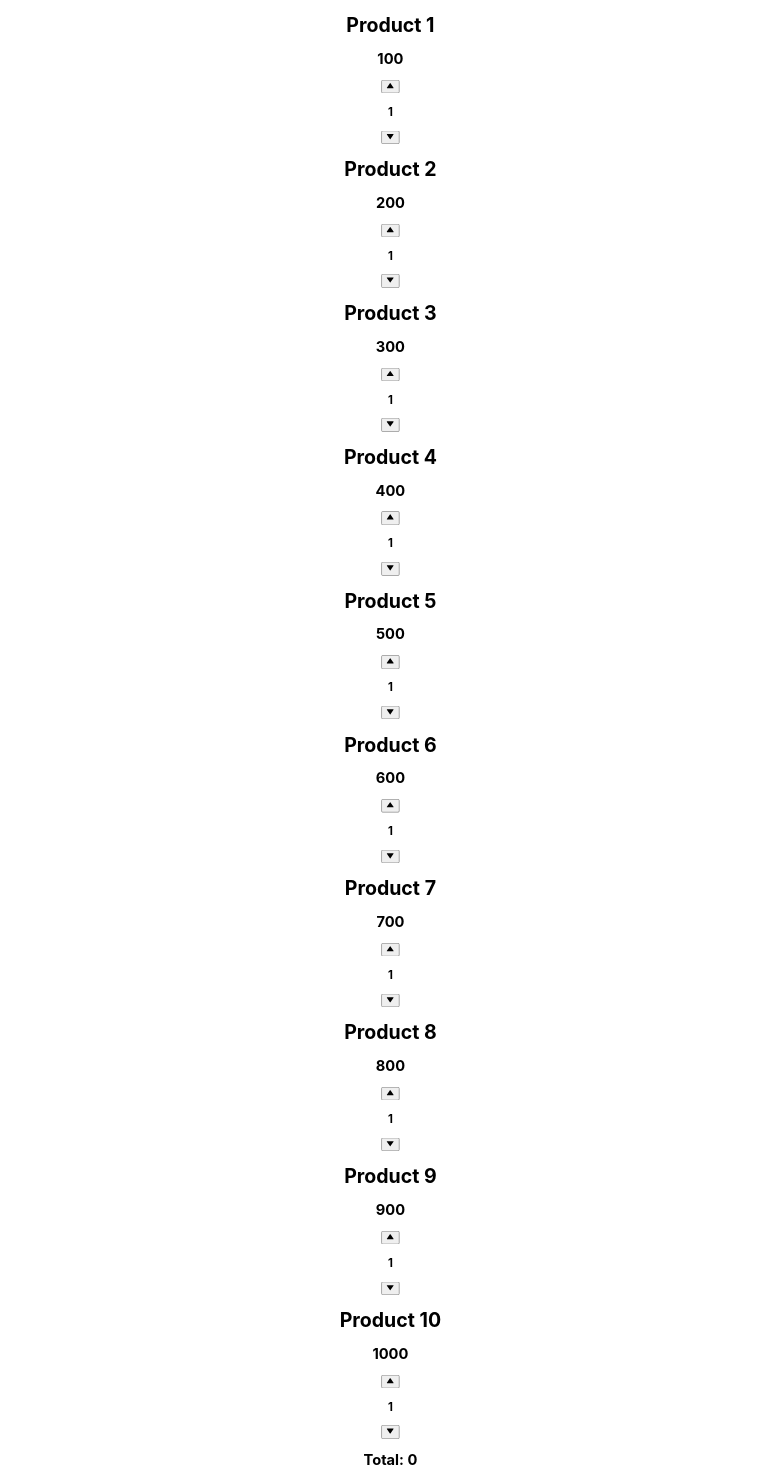
Repository: sriram1224/Cart-react-app
Page: /
An editor plug-in stored every save of this project. The page is shown before and after the next save, followed by the edit.
The browser window is 1280 px wide. The pictures show the whole page, at 61% of full size.
The project was rebuilt for these pictures with package versions that can differ from the ones it lists, and the page was loaded fresh each time.

Above is the page before, as saved 2024-03-12 16:33:07.

After the next save:
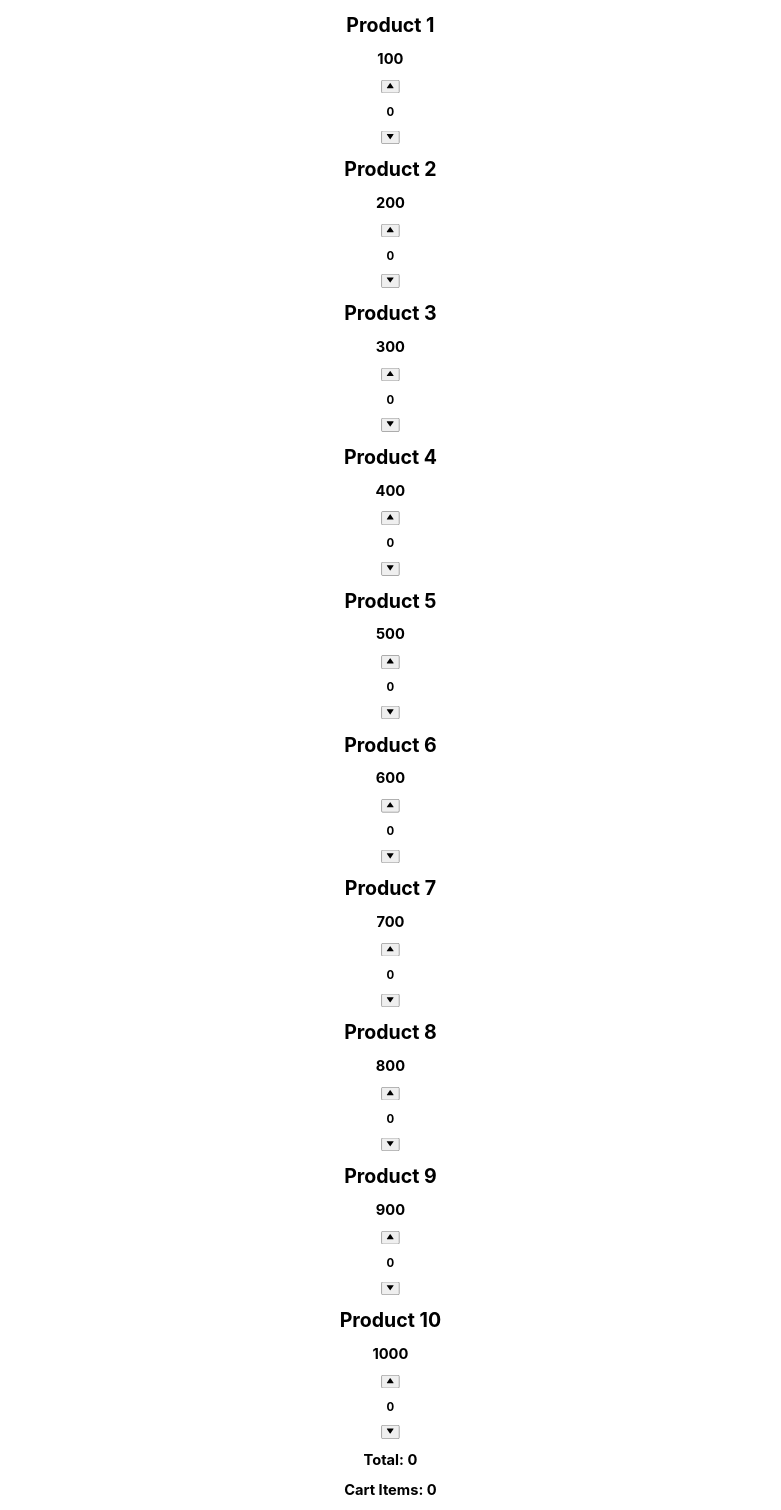
Saved 85 s later.
--- a/src/Components/cart.js
+++ b/src/Components/cart.js
@@ -1,22 +1,30 @@
-import React, { useState } from "react";
+import React, { useState, useEffect } from "react";
 import { BiSolidUpArrow, BiSolidDownArrow } from "react-icons/bi";
 
 function Cart() {
+    const [products, setProducts] = useState([
+        { id: "1", name: "Product 1", price: 100, quantity: 0 },
+        { id: "2", name: "Product 2", price: 200, quantity: 0 },
+        { id: "3", name: "Product 3", price: 300, quantity: 0 },
+        { id: "4", name: "Product 4", price: 400, quantity: 0 },
+        { id: "5", name: "Product 5", price: 500, quantity: 0 },
+        { id: "6", name: "Product 6", price: 600, quantity: 0 },
+        { id: "7", name: "Product 7", price: 700, quantity: 0 },
+        { id: "8", name: "Product 8", price: 800, quantity: 0 },
+        { id: "9", name: "Product 9", price: 900, quantity: 0 },
+        { id: "10", name: "Product 10", price: 1000, quantity: 0 }
+    ]);
 
-    const [products, setProducts] = useState([
-        { id: "1", name: "Product 1", price: 100, quantity: 1 },
-        { id: "2", name: "Product 2", price: 200, quantity: 1 },
-        { id: "3", name: "Product 3", price: 300, quantity: 1 },
-        { id: "4", name: "Product 4", price: 400, quantity: 1 },
-        { id: "5", name: "Product 5", price: 500, quantity: 1 },
-        { id: "6", name: "Product 6", price: 600, quantity: 1 },
-        { id: "7", name: "Product 7", price: 700, quantity: 1 },
-        { id: "8", name: "Product 8", price: 800, quantity: 1 },
-        { id: "9", name: "Product 9", price: 900, quantity: 1 },
-        { id: "10", name: "Product 10", price: 1000, quantity: 1 }
-    ]);
-    const [cartItems, setCartItems] = useState(0); // [ {id: 1, quantity: 1}, {id: 2, quantity: 1}
     const [total, setTotal] = useState(0);
+    const [cartItems, setCartItems] = useState(0);
+
+    useEffect(() => {
+        let newCartItems = 0;
+        products.forEach(product => {
+            newCartItems += product.quantity;
+        });
+        setCartItems(newCartItems);
+    }, [products]);
 
     const increaseQuantity = (index) => {
         const updatedProducts = [...products];
@@ -60,6 +68,7 @@ function Cart() {
                 );
             })}
             <h2>Total: {total}</h2>
+            <h2>Cart Items: {cartItems}</h2>
         </div>
     );
 }
